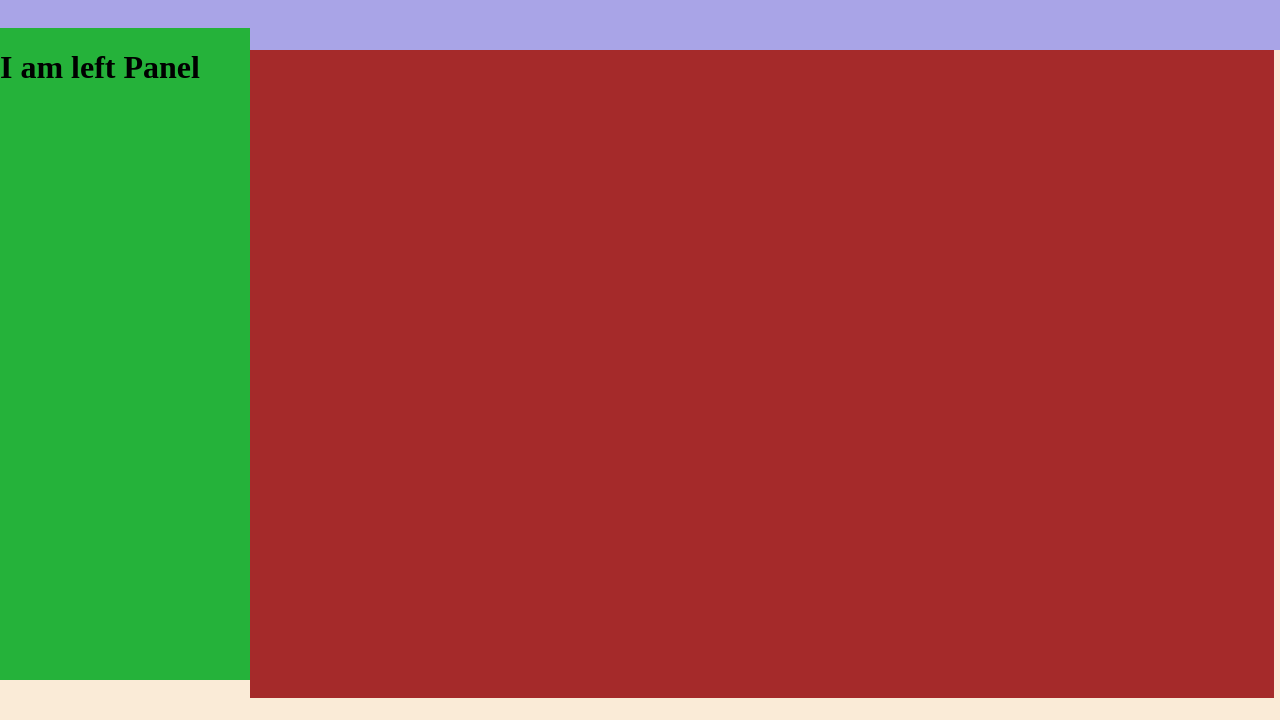
Repository: purnimapatel/fish-world
Page: index.html
The author's editor kept a copy of each file at every save. The page is drawn from the files as they stood at one save, then again after the next save.
The browser window is 1280 px wide. The pictures show the whole page.

Above is the page before, as saved 2024-08-25 11:06:07.

After the next save:
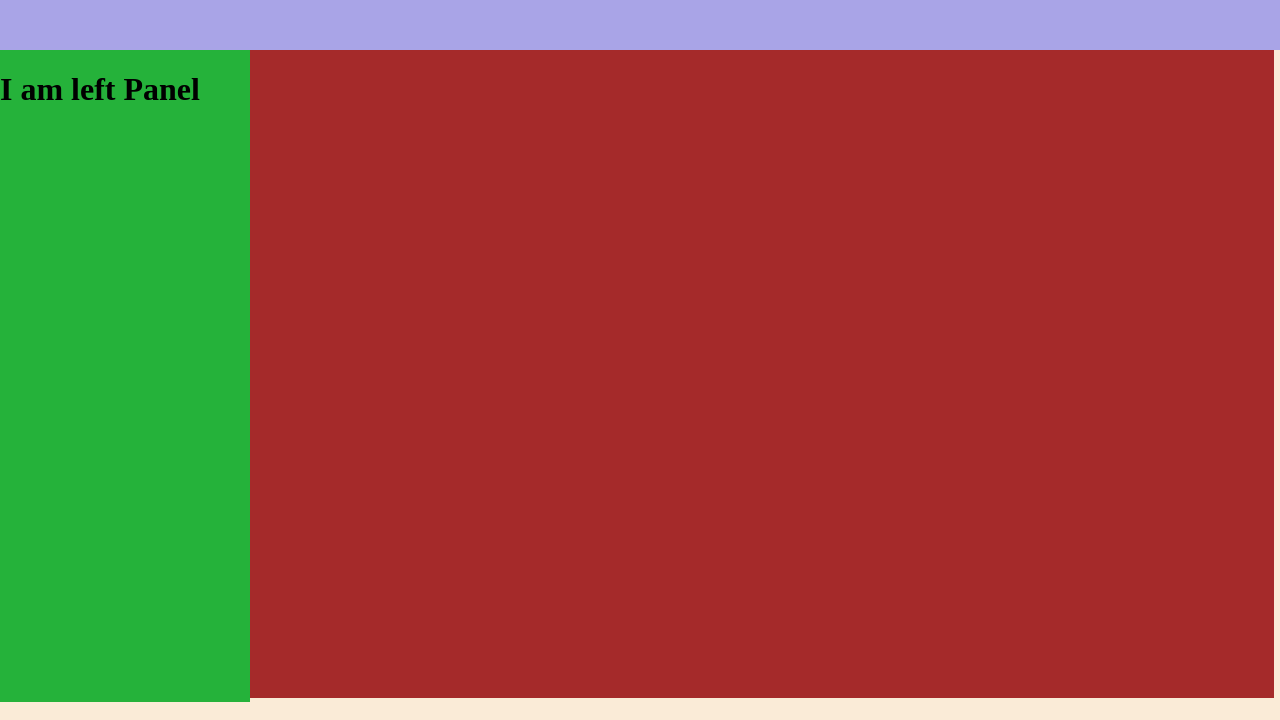
Saved 17 s later.
--- a/style.css
+++ b/style.css
@@ -23,7 +23,7 @@ body{
     display: flex;
 }
 .leftPanel{
-    margin-top: -22px;
+    margin-top: 0px;
     width:250px;
     height:90.5vh;
     background-color:rgb(37, 178, 58);
